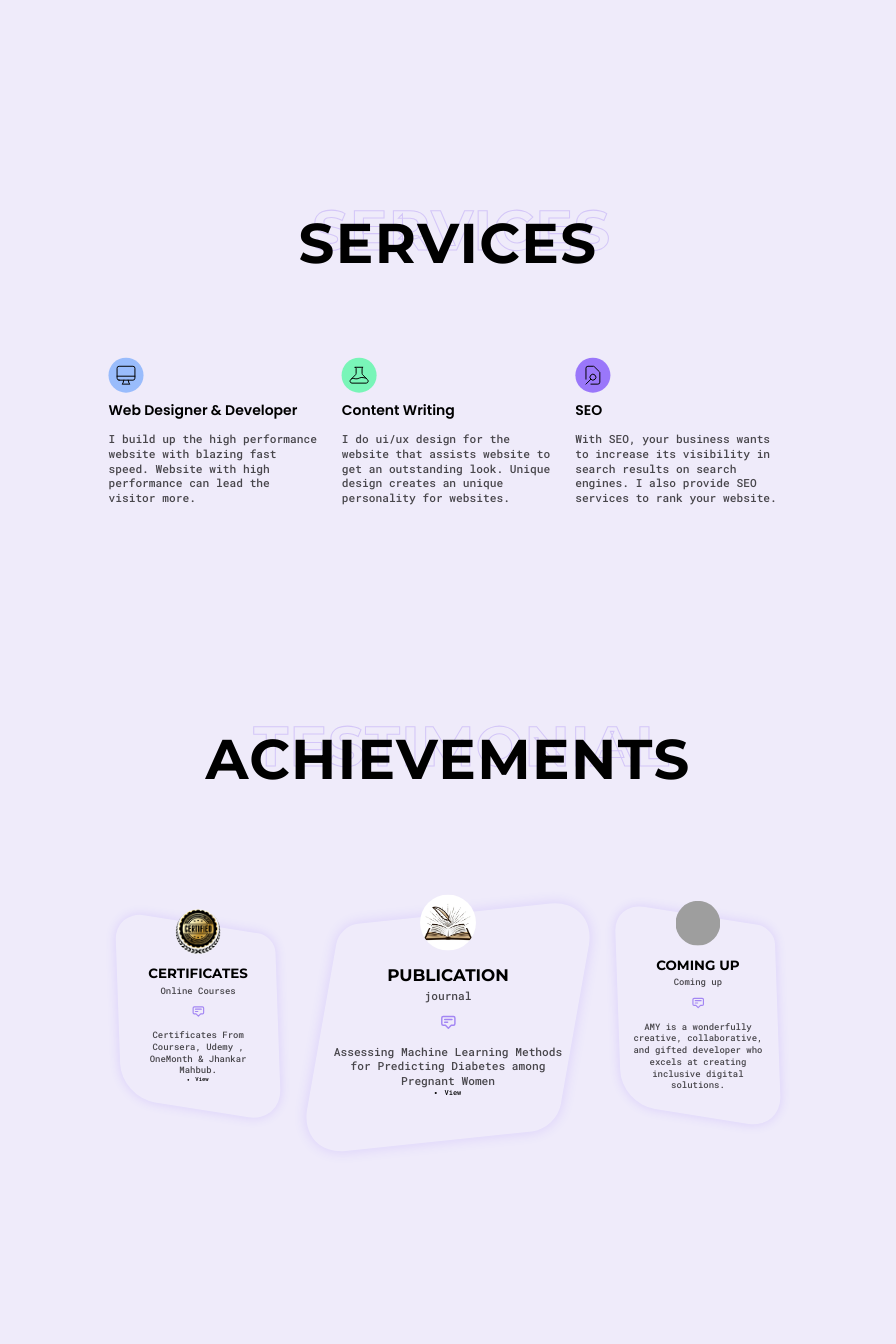
Repository: AshrakShohas/AshrakShohas.github.io
Page: index.html
These files come from the project's save history. The page is drawn as it stood at one moment and after a run of saves; the edit follows.
The browser window is 1280 px wide. The pictures show the part of the page from y = 4580 to 6500 px (the page is 7625 px tall before and 7596 px after), at 70% of full size.
Pictures or frames that could not be fetched are drawn as grey boxes. A picture or video elsewhere on the page could not be fetched, so the positions and the page height are approximate.

Above is the page before, as saved 2022-02-24 12:28:07.

After the next 2 saves:
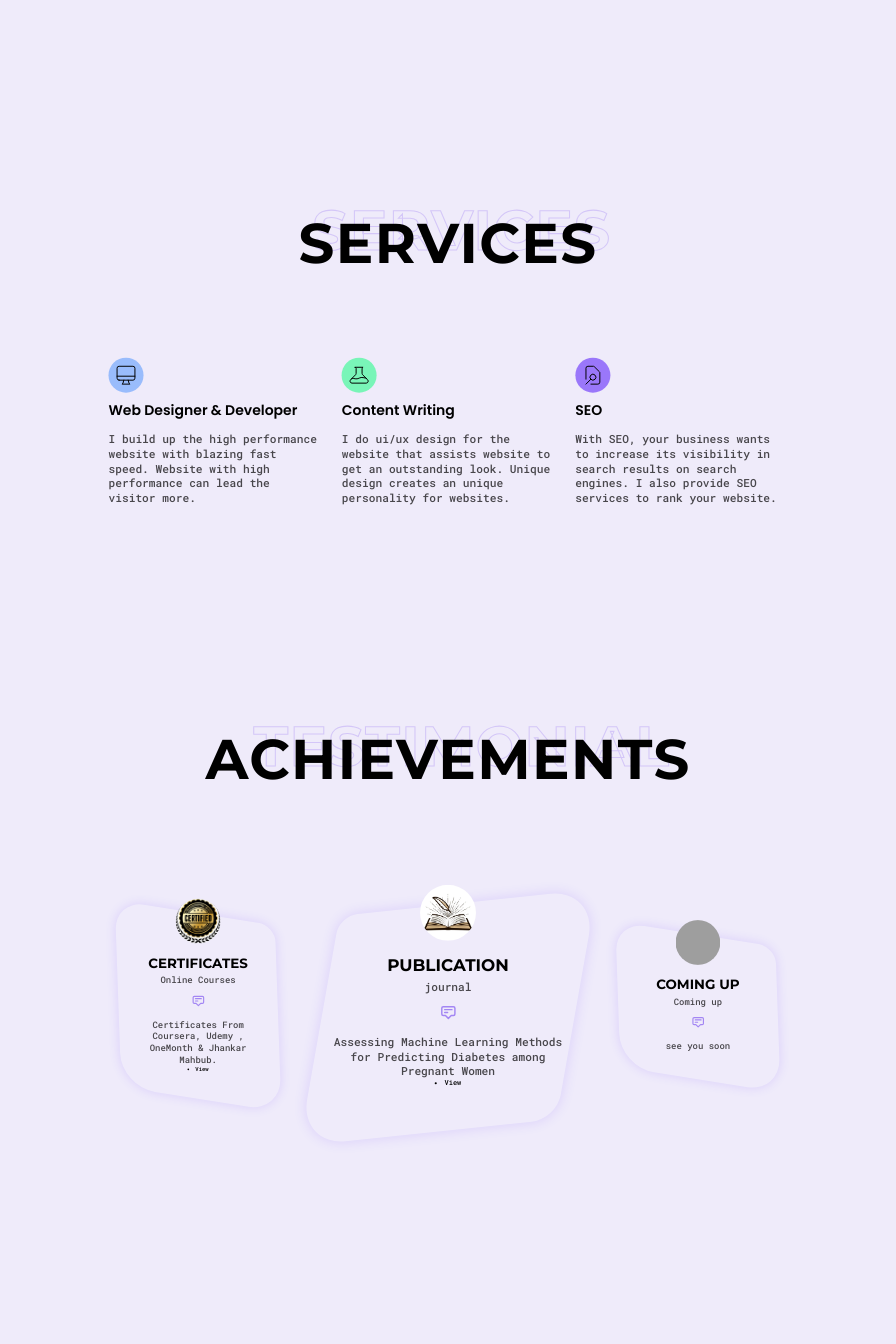
The 2 saves are shown as one change because they came seconds apart.
The last was saved 11 s later.
--- a/index.html
+++ b/index.html
@@ -323,8 +323,7 @@
                 d="M7 8h10M7 12h4m1 8l-4-4H5a2 2 0 01-2-2V6a2 2 0 012-2h14a2 2 0 012 2v8a2 2 0 01-2 2h-3l-4 4z" />
             </svg>
           </div>
-          <p class="testimonial-desc">AMY is a wonderfully creative, collaborative, and gifted developer who excels at
-            creating inclusive digital solutions.
+          <p class="testimonial-desc">see you soon
           </p>
         </div>
       </div>
